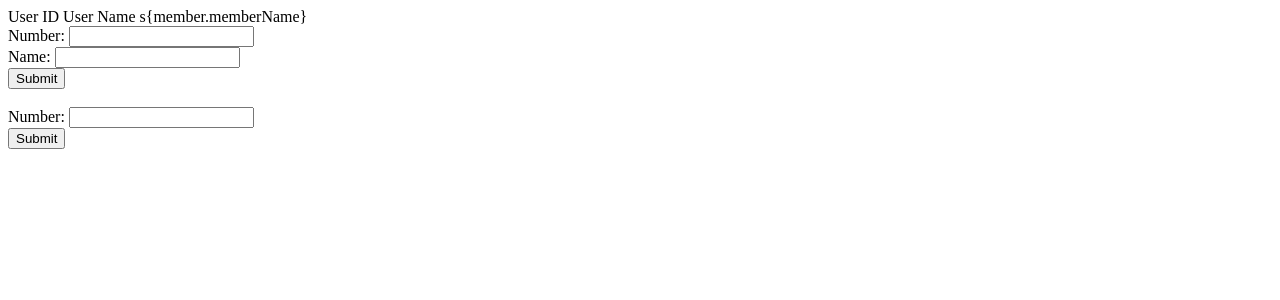
Repository: phileasFoggy22/PokeAPIAssessment
Page: http://localhost/pokeapi-pokemon/pages/Home.jsp
These files come from the project's save history. The page is drawn as it stood at one moment and after the next save; the edit follows.
The browser window is 1280 px wide. The pictures show the whole page.
The page is served by Tomcat 9. Other server files are loaded and not shown.

Above is the page before, as saved 2019-08-12 12:25:11.

### pokeapi-pokemon/src/main/webapp/pages/Home.jsp
<%@ page language="java" contentType="text/html; charset=ISO-8859-1"
    pageEncoding="ISO-8859-1"%>
<!DOCTYPE html>
<html>
<head>
<meta charset="ISO-8859-1">
<title>Insert title here</title>
</head>
<body>
User ID ${member.memberNumber}
User Name s{member.memberName}

<form action="addUser">
Number: <input type="text" name="memberNumber"><br>
Name: <input type="text" name="memberName"><br>
<input type="submit">
</form>
<br>
<form action="getUser">
Number: <input type="text" name="memberNumber"><br>
<input type="submit">
</form>


</body>
</html>

After the next save:
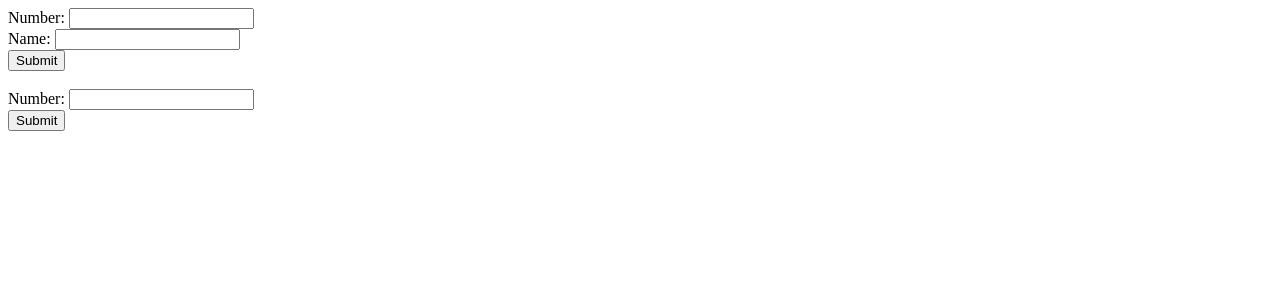
Saved 98 s later.
--- a/pokeapi-pokemon/src/main/webapp/pages/Home.jsp
+++ b/pokeapi-pokemon/src/main/webapp/pages/Home.jsp
@@ -7,8 +7,7 @@
 <title>Insert title here</title>
 </head>
 <body>
-User ID ${member.memberNumber}
-User Name s{member.memberName}
+
 
 <form action="addUser">
 Number: <input type="text" name="memberNumber"><br>
